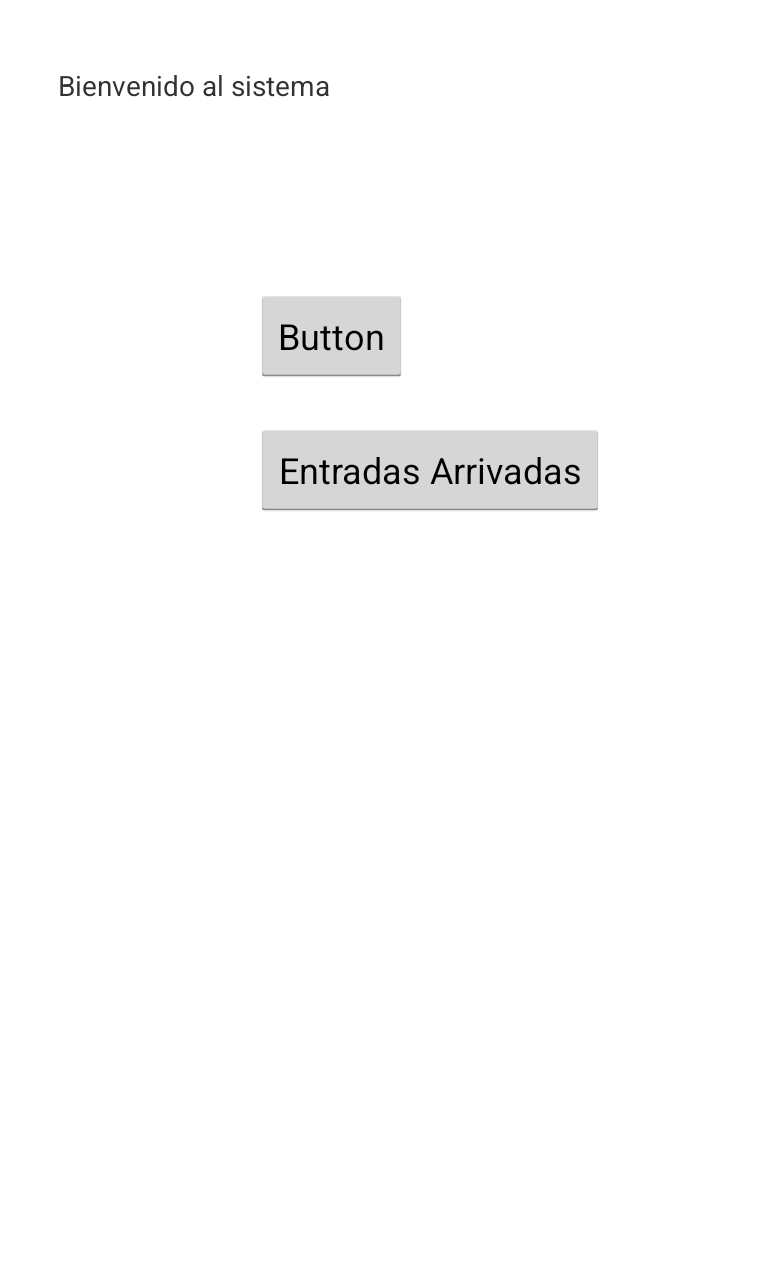
Repository: moynard/PeanutAndroid
Layout: WHSStorekeeper/res/layout/menu_activity.xml
These files come from the project's save history. The layout is drawn as it stood at one moment and after the next save; the edit follows.
It is drawn on a 768 x 1280 px phone screen (xhdpi) without system bars, with theme AppTheme; the app's code is not run.

Above is the layout before, as saved 2013-07-20 00:14:09.

### WHSStorekeeper/res/layout/menu_activity.xml
<?xml version="1.0" encoding="utf-8"?>
<RelativeLayout xmlns:android="http://schemas.android.com/apk/res/android"
    android:layout_width="match_parent"
    android:layout_height="match_parent" >

    <TextView
        android:id="@+id/txtNombre"
        android:layout_width="wrap_content"
        android:layout_height="wrap_content"
        android:layout_alignParentLeft="true"
        android:layout_alignParentTop="true"
        android:layout_marginLeft="29dp"
        android:layout_marginTop="33dp"
        android:text="Bienvenido al sistema" />

    <TextView
        android:id="@+id/usermail"
        android:layout_width="wrap_content"
        android:layout_height="wrap_content"
        android:layout_alignRight="@+id/txtNombre"
        android:layout_below="@+id/txtNombre"
        android:layout_marginRight="38dp"
        android:layout_marginTop="16dp"
      />

    <Button
        android:id="@+id/ArrivdadosBtn"
        android:layout_width="wrap_content"
        android:layout_height="wrap_content"
        android:layout_alignLeft="@+id/usermail"
        android:layout_below="@+id/usermail"
        android:layout_marginTop="124dp"
        android:text="Entradas Arrivadas" />

    <Button
        android:id="@+id/picklistBtn"
        android:layout_width="wrap_content"
        android:layout_height="wrap_content"
        android:layout_alignLeft="@+id/ArrivdadosBtn"
        android:layout_below="@+id/usermail"
        android:layout_marginTop="57dp"
        android:text="Button" />

</RelativeLayout>

Loaded but not shown: WHSStorekeeper/res/values/styles.xml (common file); WHSStorekeeper/res/values-v11/styles.xml (common file); WHSStorekeeper/res/values-v14/styles.xml (common file)

After the next save:
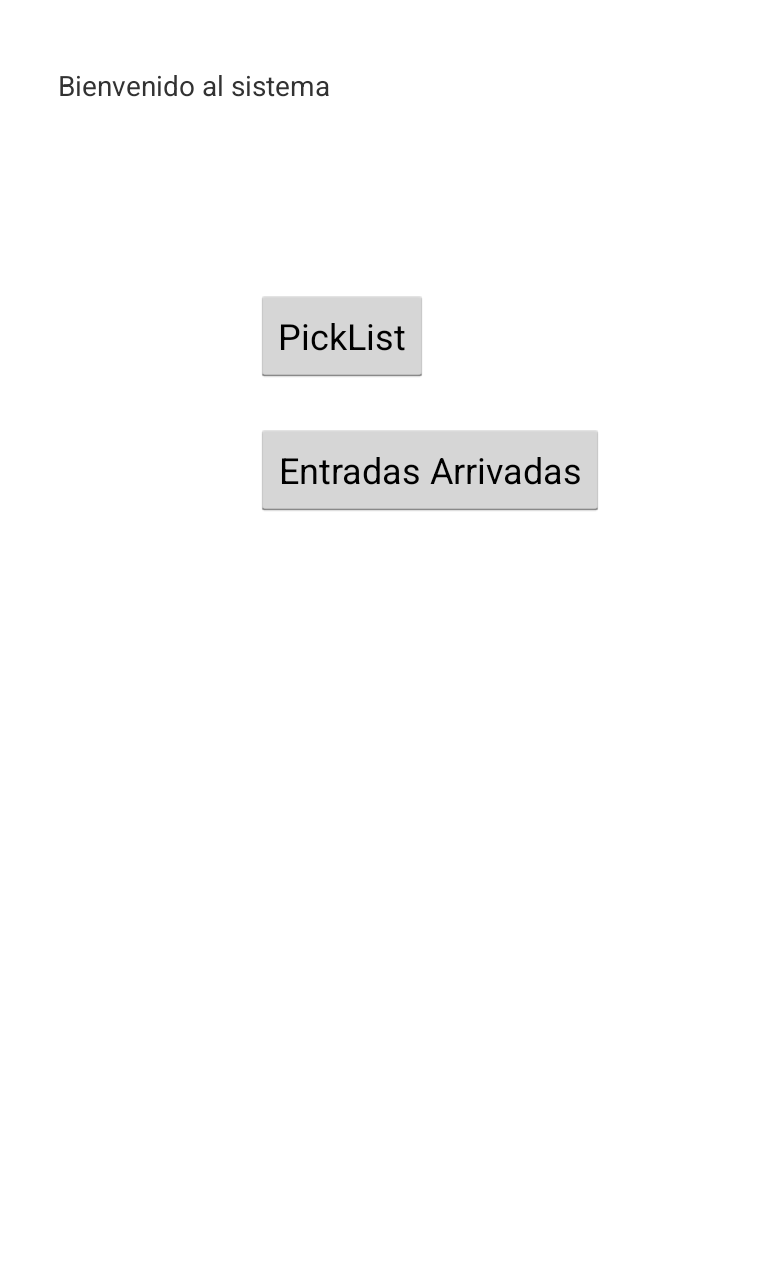
Saved 6 s later.
--- a/WHSStorekeeper/res/layout/menu_activity.xml
+++ b/WHSStorekeeper/res/layout/menu_activity.xml
@@ -39,6 +39,6 @@
         android:layout_alignLeft="@+id/ArrivdadosBtn"
         android:layout_below="@+id/usermail"
         android:layout_marginTop="57dp"
-        android:text="Button" />
+        android:text="PickList" />
 
 </RelativeLayout>
